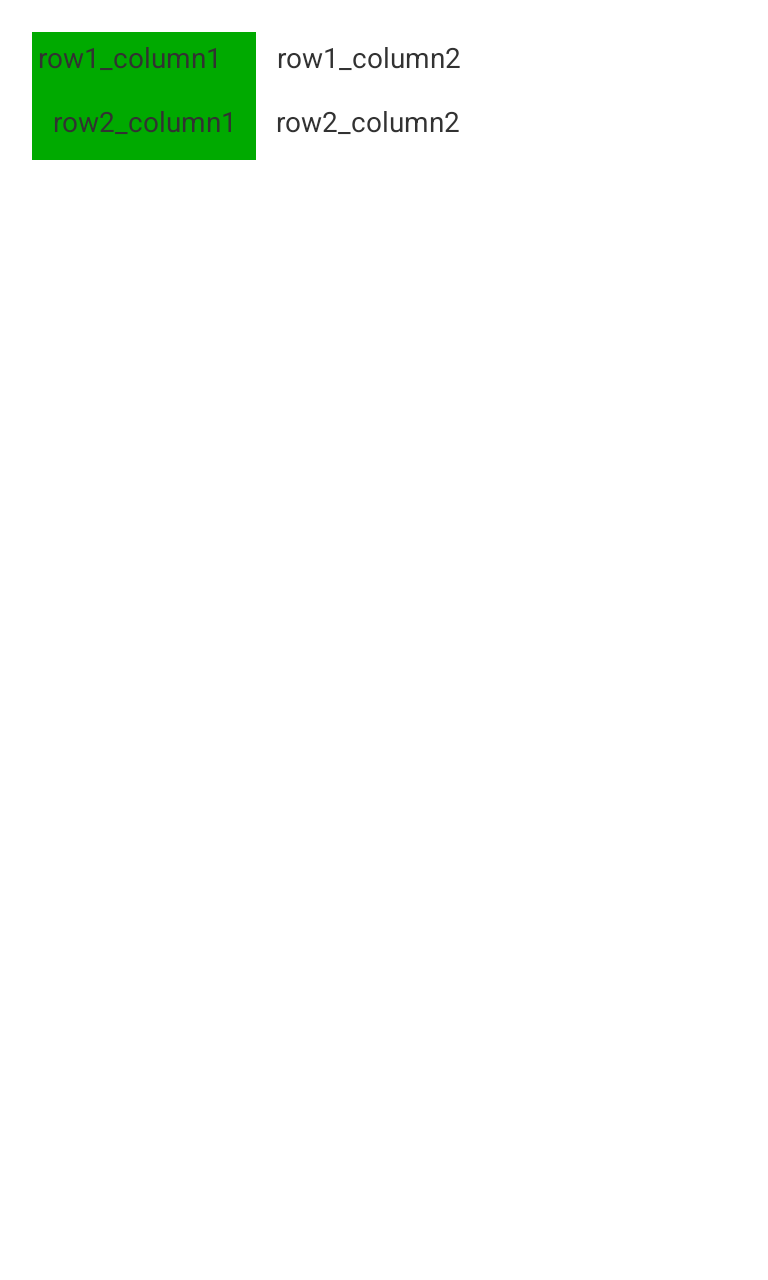
Repository: HouJun11220033/Android
Layout: Layout_02/res/layout/main.xml
An editor plug-in stored every save of this project. The layout is shown before and after a run of saves, followed by the edit.
It is drawn on a 768 x 1280 px phone screen (xhdpi) without system bars, with theme AppTheme; the app's code is not run.

Above is the layout before, as saved 2016-09-15 13:21:13.

### Layout_02/res/layout/main.xml
<TableLayout xmlns:android="http://schemas.android.com/apk/res/android"
    xmlns:tools="http://schemas.android.com/tools"
    android:layout_width="match_parent"
    android:layout_height="match_parent"
    android:paddingBottom="@dimen/activity_vertical_margin"
    android:paddingLeft="@dimen/activity_horizontal_margin"
    android:paddingRight="@dimen/activity_horizontal_margin"
    android:paddingTop="@dimen/activity_vertical_margin"
    tools:context="com.example.MainActivity" >

    <TableRow>

        <!-- <TextView -->
        <!-- android:layout_width="wrap_content" -->
        <!-- android:layout_height="wrap_content" -->
        <!-- android:text="@string/hello_world" /> -->

        <TextView
            android:background="#00aa00"
            android:gravity="center_vertical"
            android:padding="3dip"
            android:text="@string/row1_column1" />

        <TextView
            android:gravity="center_horizontal"
            android:padding="3dip"
            android:text="@string/row1_column2" />
    </TableRow>

    <TableRow>

        <TextView
            android:background="#00aa00"
            android:gravity="center_horizontal"
            android:padding="10dip"
            android:text="@string/row2_column1" />

        <TextView
            android:gravity="left"
            android:padding="10dip"
            android:text="@string/row2_column2" >
        </TextView>
    </TableRow>

</TableLayout>

### Layout_02/res/values/strings.xml
<?xml version="1.0" encoding="utf-8"?>
<resources>

    <string name="app_name">Layout_02</string>
    <string name="hello_world">Hello world!</string>
    <string name="action_settings">Settings</string>
    <string name="row1_column1">row1_column1</string>
    <string name="row1_column2">row1_column2</string>
    <string name="row2_column1">row2_column1</string>
    <string name="row2_column2">row2_column2</string>

</resources>

Loaded but not shown: Layout_02/res/values/styles.xml (common file); Layout_02/res/values-v11/styles.xml (common file); Layout_02/res/values-v14/styles.xml (common file); Layout_02/res/values/dimens.xml (common file); Layout_02/res/values-w820dp/dimens.xml (common file)

After the next 2 saves:
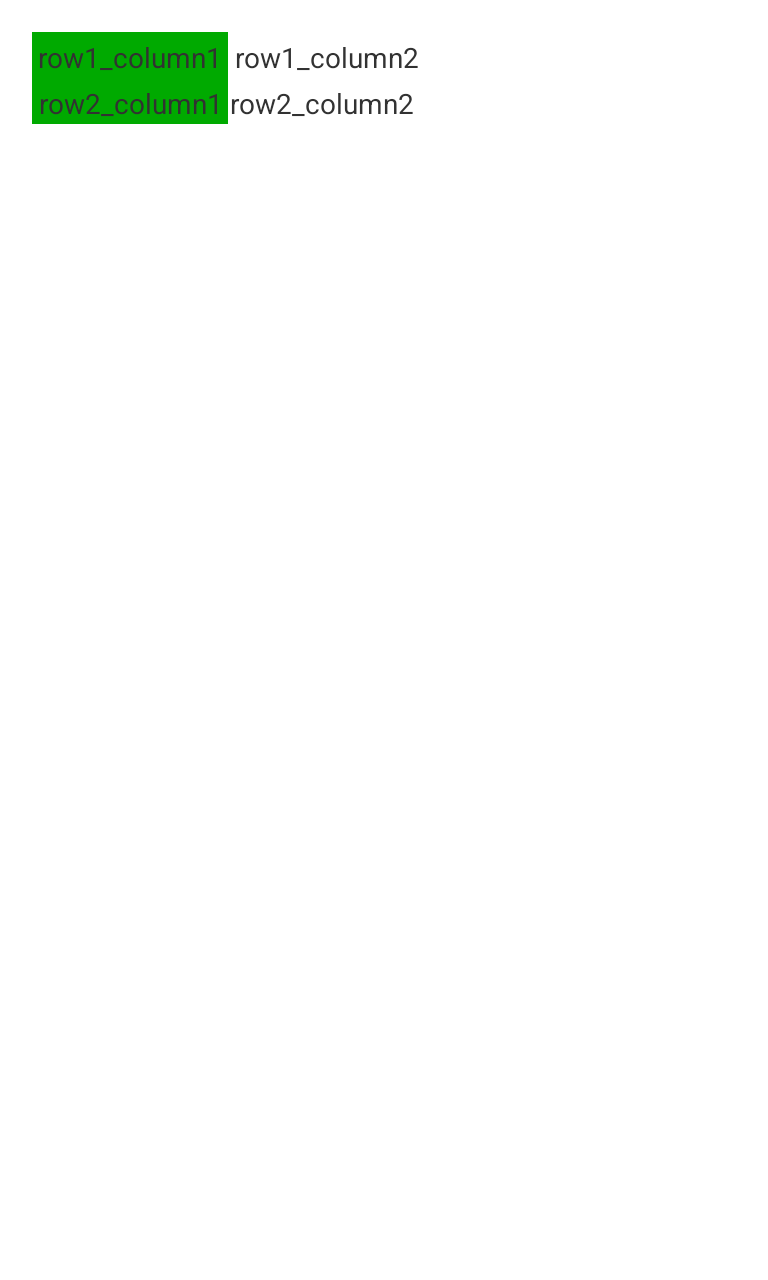
The 2 saves are shown as one change because they came seconds apart.
The last was saved 15 s later.
--- a/Layout_02/res/layout/main.xml
+++ b/Layout_02/res/layout/main.xml
@@ -32,12 +32,12 @@
         <TextView
             android:background="#00aa00"
             android:gravity="center_horizontal"
-            android:padding="10dip"
+            android:padding="1dip"
             android:text="@string/row2_column1" />
 
         <TextView
             android:gravity="left"
-            android:padding="10dip"
+            android:padding="1dip"
             android:text="@string/row2_column2" >
         </TextView>
     </TableRow>
